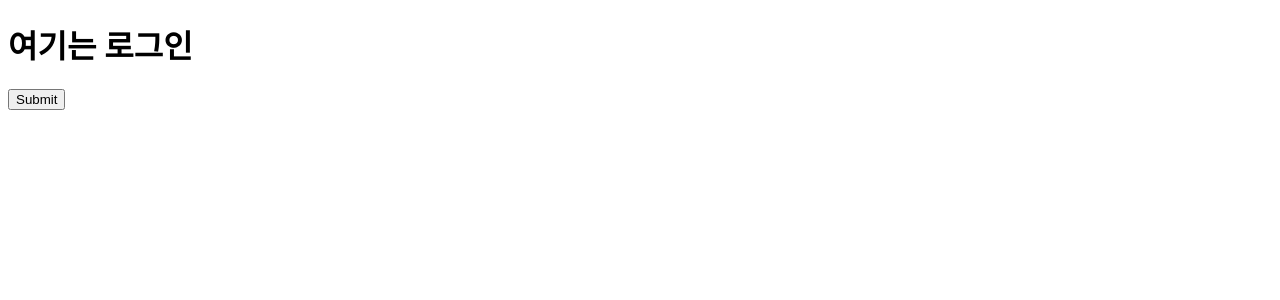
Repository: SeungwanHong/Web-jsp-
Page: http://localhost/Board2_20170406/form/login_form.jsp
These files come from the project's save history. The page is drawn as it stood at one moment and after the next save; the edit follows.
The browser window is 1280 px wide. The pictures show the whole page.
The page is served by Tomcat 9. Other server files are loaded and not shown.

Above is the page before, as saved 2017-04-07 08:35:07.

### Board2_20170406/WebContent/form/login_form.jsp
<%@page import="hsw.comm.Key"%>
<%@page import="hsw.comm.Url"%>
<%@page import="hsw.vo.user.LoginVo"%>
<%@ page language="java" contentType="text/html; charset=EUC-KR"
    pageEncoding="EUC-KR"%>
<!DOCTYPE html PUBLIC "-//W3C//DTD HTML 4.01 Transitional//EN" "http://www.w3.org/TR/html4/loose.dtd">
<html>
<head>
<meta http-equiv="Content-Type" content="text/html; charset=EUC-KR">
<title>login page</title>
</head>
<body>
<h1>여기는 로그인</h1>
	<% if(session.getAttribute(Key.KEY_LOGIN_SESSION) == null){ %>

<form action="/user/loginchk" method="get">
<input type="hidden" name="UserId" value="kim">
<input type="hidden" name="UserPw" value="134">

<input type="submit">
<%}else{ %>
	로그인된 상태
	<h1><a href="<%= Url.URL_FULL_LOGINOUT%>">LOGOUT</a></h1>
<%} %>
</form>
</body>
</html>

After the next save:
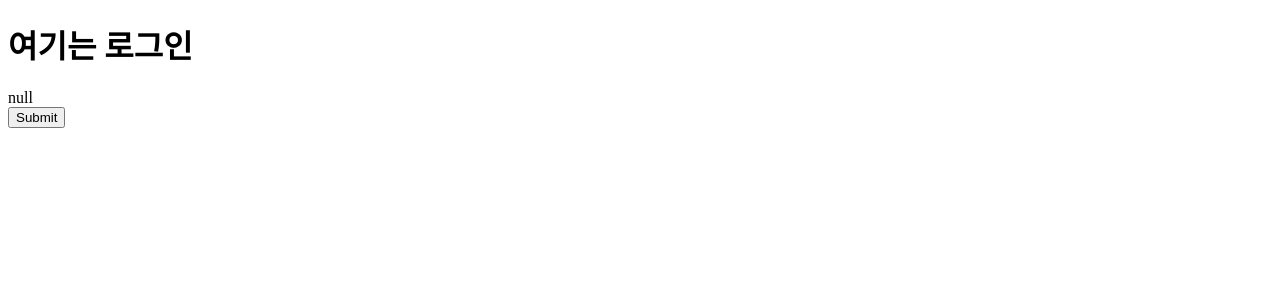
Saved 22 s later.
--- a/Board2_20170406/WebContent/form/login_form.jsp
+++ b/Board2_20170406/WebContent/form/login_form.jsp
@@ -12,7 +12,7 @@
 <body>
 <h1>여기는 로그인</h1>
 	<% if(session.getAttribute(Key.KEY_LOGIN_SESSION) == null){ %>
-
+	<%=request.getParameter("userid") %>
 <form action="/user/loginchk" method="get">
 <input type="hidden" name="UserId" value="kim">
 <input type="hidden" name="UserPw" value="134">
